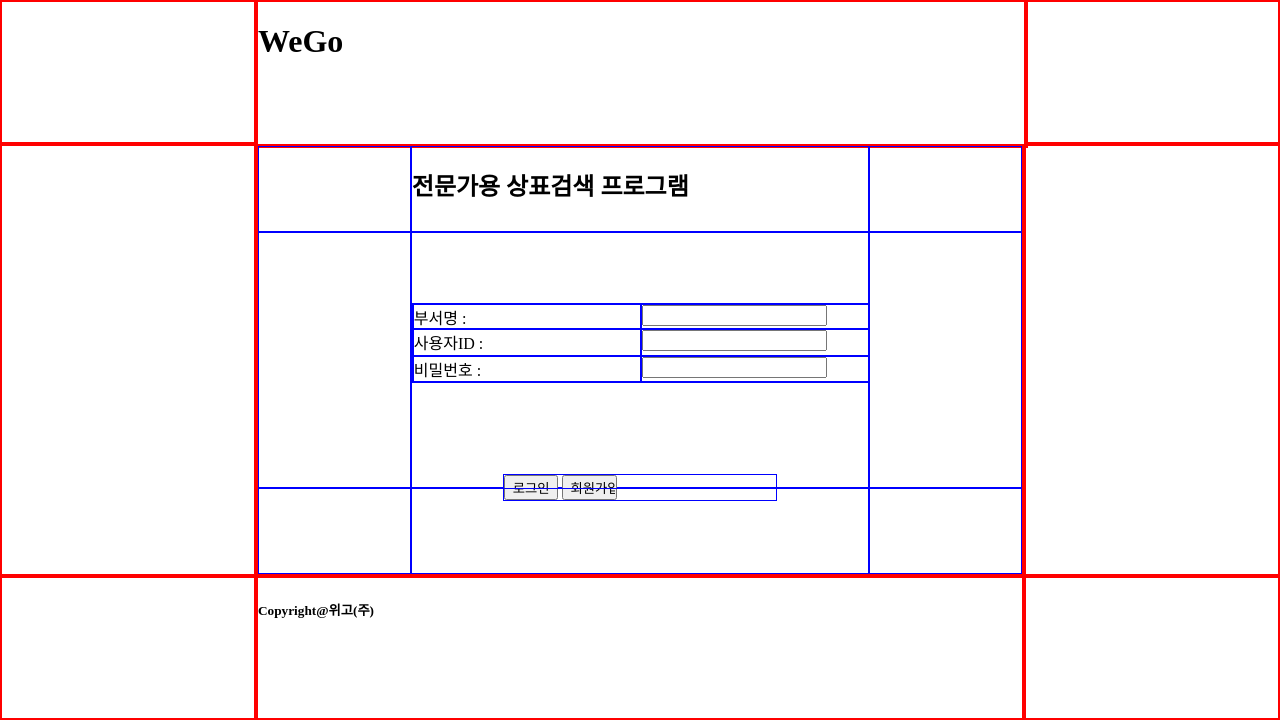
Repository: hamuse/wego1
Page: http://localhost/teamW1/facade.do
The author's editor kept a copy of each file at every save. The page is drawn from the files as they stood at one save, then again after the next save.
The browser window is 1280 px wide. The pictures show the whole page.
Some web libraries are served in a nearby version. The page is served by Tomcat 9. Other server files are loaded and not shown.

Above is the page before, as saved 2019-10-07 11:37:57.

### teamW1/WebContent/WEB-INF/views/facade/main.jsp
<%@ page language="java" contentType="text/html; charset=UTF-8"
   pageEncoding="UTF-8"%>
<%@ taglib prefix="c" uri="http://java.sun.com/jsp/jstl/core" %>
<jsp:include page="../common/head.jsp"/>
<div class="container">
<div ></div><div class="div2"><h2>전문가용 상표검색 프로그램</h2></div><div></div>
<div></div>

<div class="div5">
<c:choose>
    <c:when test="${page eq 'login'}">
    <jsp:include page="login.jsp"/>
    </c:when>
    <c:when test="${page eq 'join'}">
    <jsp:include page="join.jsp"/>
    </c:when>
</c:choose>
</div>
<div></div><div></div><div class="div8"></div><div></div>
</div>
<jsp:include page="../common/foot.jsp"/>

### teamW1/WebContent/WEB-INF/views/common/head.jsp
<%@ page language="java" contentType="text/html; charset=UTF-8"
    pageEncoding="UTF-8"%>
<!doctype html>
<html lang="en">
<head>
	<meta charset="UTF-8" />
	<title>Document</title>
	<script src='http://ajax.googleapis.com/ajax/libs/jquery/1.11.3/jquery.min.js'></script>
	<script src="${js}/app.js"></script>
	<link rel="stylesheet" type="text/css" href="${css}/style.css"></link>
</head>
<body>
<div class="wrapper" style="width: 100%; height:100%">
<div></div><div id="wego"><h1>WeGo</h1></div><div></div>
<div></div>

### teamW1/WebContent/WEB-INF/views/facade/login.jsp
<%@ page language="java" contentType="text/html; charset=UTF-8"
   pageEncoding="UTF-8"%>
<form >

<div class="input_box">
<div>  부서명 :</div><div><input id="d_Name"  type="text" name="dName"/></div>
<div>  사용자ID :</div><div><input id="userName" type="text" name="empNo"/></div>
<div>  비밀번호 :</div><div><input id="userPw" type="text" name="eName"/></div>

</div>
<div id="input_item">
    <input type="hidden" name="action" value="login" />
    <input type="hidden" name="page" value="mypage" />
    <input id="login_btn" type="button" value="로그인"/>
    <input id="join_btn" type="button" value="회원가입"/>
</div>

</form>
<script>

app.init('${ctx}');
</script>

### teamW1/WebContent/WEB-INF/views/common/foot.jsp
<%@ page language="java" contentType="text/html; charset=UTF-8"
    pageEncoding="UTF-8"%>

<div></div><div></div><div><h5>Copyright@위고(주)</h5></div>
<div></div>

</body>
</html>

### teamW1/src/com/web/team1/controllers/FacadeController.java
package com.web.team1.controllers;

import java.io.IOException;
import javax.servlet.ServletException;
import javax.servlet.annotation.WebServlet;
import javax.servlet.http.HttpServlet;
import javax.servlet.http.HttpServletRequest;
import javax.servlet.http.HttpServletResponse;

import com.web.team1.pool.Constants;

@WebServlet("/facade.do")
public class FacadeController extends HttpServlet {
	private static final long serialVersionUID = 1L;

	enum Resources {
		CTX, CSS, JS, IMG
	}
	protected void service(HttpServletRequest request, HttpServletResponse response) throws ServletException, IOException {
		for(Resources r : Resources.values()) {
			System.out.println("퍼사드>>>>>"+r.toString().toLowerCase());
//			    request.getSession().setAttribute(r.toString().toLowerCase(), request.getContextPath()+"/resources/"+r.toString().toLowerCase());
			    request.getSession().setAttribute(r.toString().toLowerCase(), request.getContextPath()+((r.toString().toLowerCase().equals("ctx"))
			    		?"" : "/resources/"+r.toString().toLowerCase()));
		}
		if(request.getParameter("page")==(null)) {
		request.setAttribute("page","login");
	}else {
		request.setAttribute("page", request.getParameter("page"));
		}
	request.getRequestDispatcher(
				String.format(Constants.DOUBLE_PATH,
						request.getServletPath().substring(1,request.getServletPath().indexOf(".")),
						"main"))
		.forward(request,response);
//		System.out.println("야 퍼사드로 들어오냥?");
//		 request
//		  .getRequestDispatcher(
//				  String.format(Constants.DOUBLE_PATH,request.getServletPath().substring(1,request.getServletPath().indexOf(".")),
//						  "login"))
//		  .forward(request, response);

	}
}

### teamW1/WebContent/resources/js/app.js
var app= (()=>{
    return{
        init : (ctx)=>{
            $('#login_btn').click(()=>{
                alert('로그인!!!!!!');
                location.assign(ctx+'/login.do?action=login&page=mypage');
            });
            $('#join_btn').click(()=>{
                alert('회원가입 이동');
                location.assign(ctx+'/facade.do?action=move&page=join');
            });
            btn.login2(ctx);
            btnjoin.joinbtn(ctx);
        }

    };
})();
var member = (()=>{
    var _dName,_deptNo,_eName,_empNo,_dName,_job,_mgr,_hireDate,_comm;
    var setEmpNo = (empNo)=>{this._empNo = empNo;}
    var setEName = (eName)=>{this._eName = eName;}
    var setDName = (dName)=>{this._dName = dName;}
    var getEmpNo = ()=>{return this._setEmpNo;}
    var getEName = ()=>{return this._setEName;}
    var getDName = ()=>{return this._setDName;}
    return{
        setEmpNo : setEmpNo,setEName : setEName,setDName : setDName,
        getEmpNo : getEmpNo,getEName : getEName,getDName : getDName
    };
})();
var btn= (()=>{
	return{
		 login2 : (ctx)=>{
			   $('#login_btn').click(()=>{
	            	if($('#d_Name').val()===''||$('#empNo').val()===''||
	            			$('#eName').val()===''){
	            		alert('필수값이 없습니다')}
	            		else{
	            			alert('입력한 아이디 값: '+$('#empNo').val());
	            			$('#login_form')
	            			$('#login_form').attr('action', ctx+'/login.do');
	            			$('#login_form').attr('method','POST');
	            			$('#login_form').submit();
	            		}
	            });
		 }
	};
})();

var btnjoin=(()=>{
	return{
		joinbtn : (ctx)=>{
			$('#join_btn1').click(()=>{
				alert('회원가입!!!됐냐?!!!');
				$('#join_form').attr('action',ctx+'/login.do');
				$('#join_form').submit();

			});
		}
	};
})();

### teamW1/WebContent/resources/css/style.css
@charset "UTF-8";
html, body{
	margin: 0;
	height: 100%;
	overflow: hidden;
}
.wrapper{
	display: grid;
	width: 100%
	height: 100%;
	grid-template-columns: 20% 60% 20%;
	grid-template-rows: 20% 60% 20%;
}
.wrapper div{
	border: 2px solid red;
}
.container{
	display: grid;
	width: 100%
	height: 100%;
	grid-template-columns: 20% 60% 20%;
	grid-template-rows: 20% 60% 20%;
	border : 1px solid blue;
}
.container div{
	border : 1px solid blue;
}
#login_tab{
	display: grid;
	width: 100%;
	height: 80%;
	grid-template-columns: 50% 50%;
	grid-template-rows: 50% 50%;
	margin: 0 auto;
	padding-top: 50px;
}
#join_form{width: 100%; height: 100%}
#login_form{
	display: grid;
	width: 100%;
	height: 100%;
	grid-template-rows: 50% 50%;
}
#login_form div{1px solid black}
#login_tab div{border : 1px solid black;}
.input_box{
	display: grid;
	grid-template-rows: 33% 34% 33%;
	grid-template-columns: 50% 50%;
	width: 100%; height: 100%; margin-top: 70px;
}
#input_item{margin: 20% ;}
#wego{width: 100%;height: 100%;}
#login_btn{width: 20%; height: 20%}
#join_btn{width: 20%; height: 20%}
.input_text{width: 50%; height: 50px; margin-top: 70px}

After the next save:
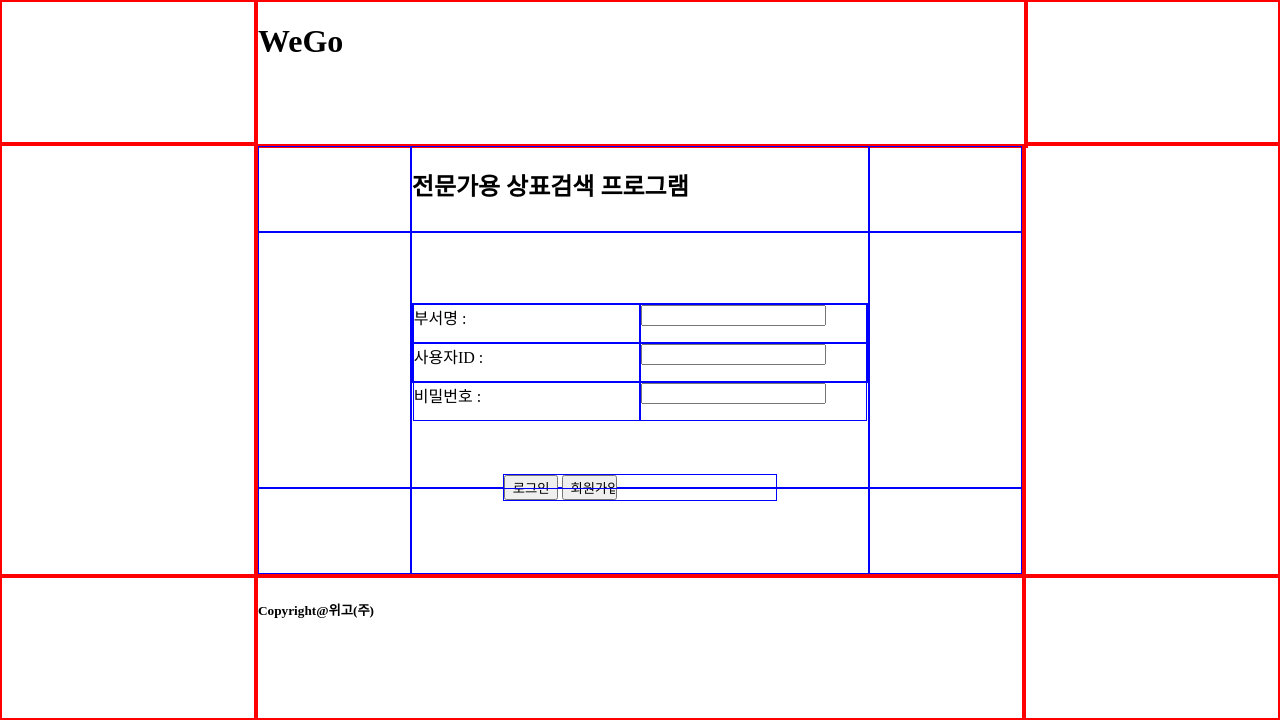
Saved 27 s later.
--- a/teamW1/WebContent/resources/css/style.css
+++ b/teamW1/WebContent/resources/css/style.css
@@ -45,9 +45,9 @@ html, body{
 #login_tab div{border : 1px solid black;}
 .input_box{
 	display: grid;
-	grid-template-rows: 33% 34% 33%;
+	grid-template-rows: 50% 50% 50%;
 	grid-template-columns: 50% 50%;
-	width: 100%; height: 100%; margin-top: 70px;
+	width: %; height: 100%; margin-top: 70px;
 }
 #input_item{margin: 20% ;}
 #wego{width: 100%;height: 100%;}
